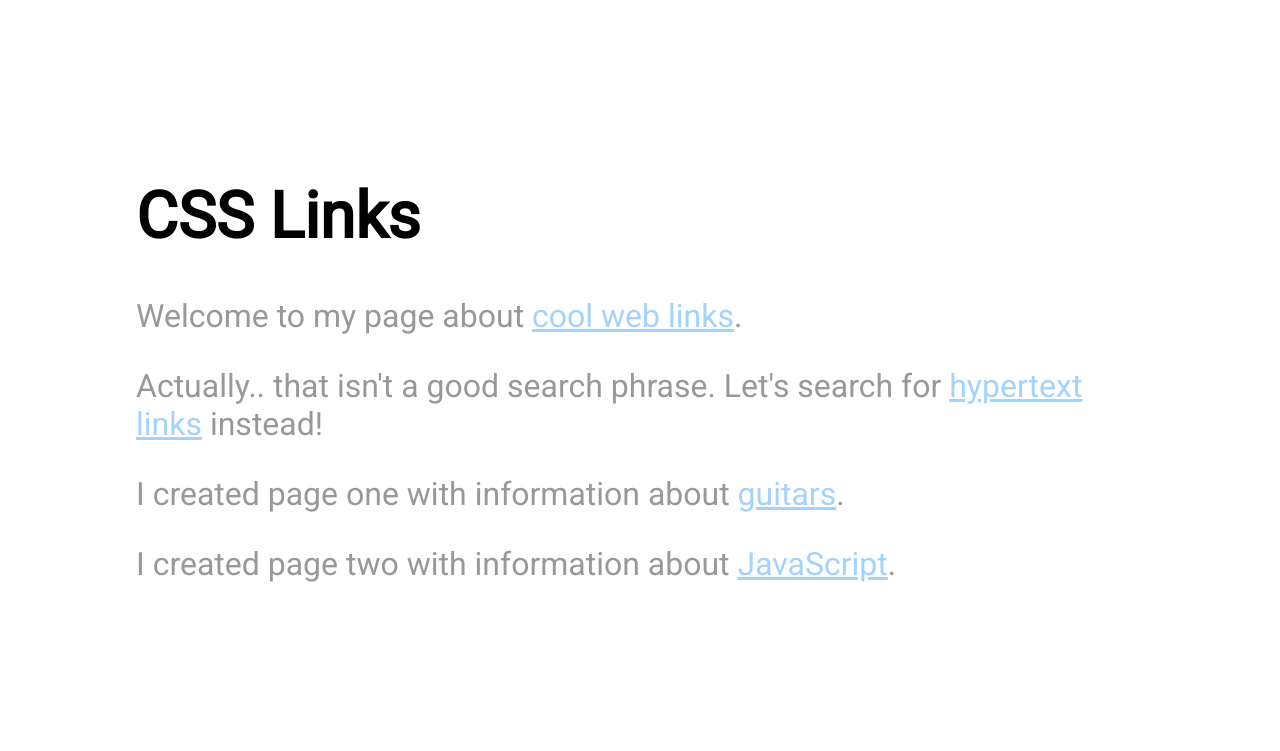
Repository: madhurik9999/Css
Page: index.html
These files come from the project's save history. The page is drawn as it stood at one moment and after the next save; the edit follows.
The browser window is 1280 px wide. The pictures show the whole page.

Above is the page before, as saved 2023-12-11 12:03:13.

After the next save:
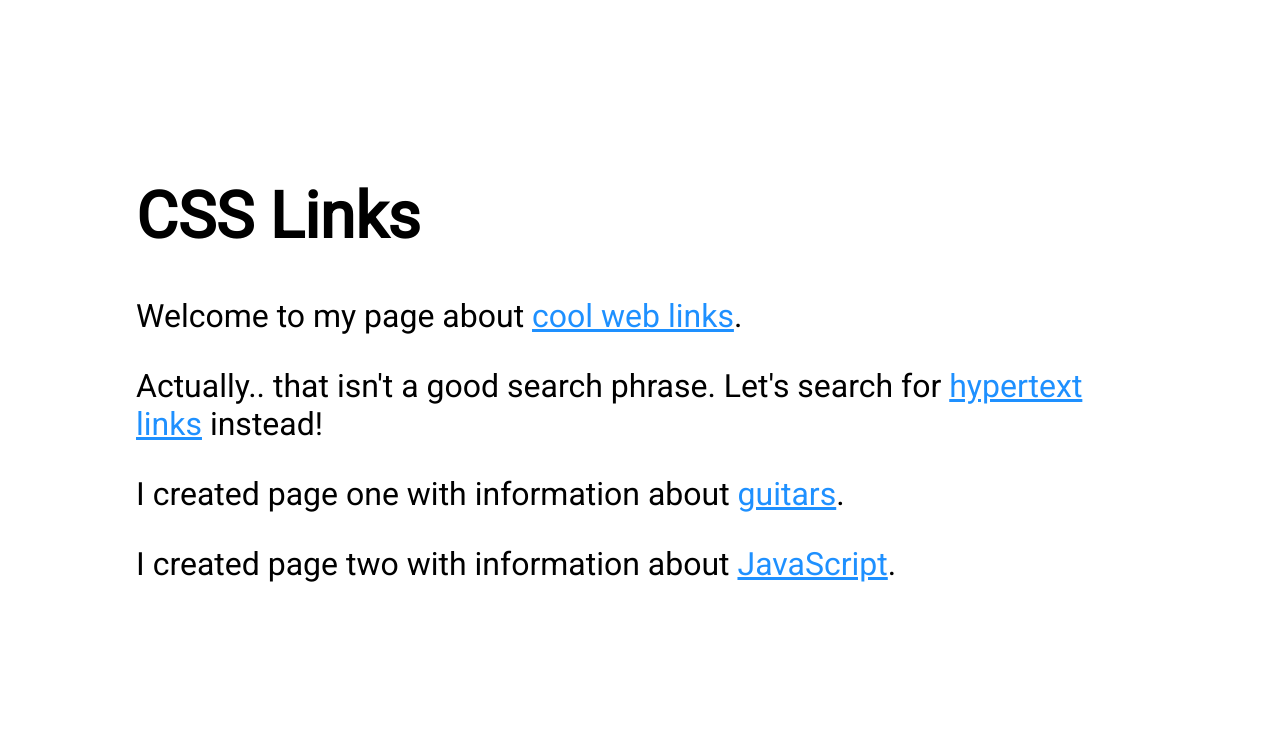
Saved 30 s later.
--- a/styles/style.css
+++ b/styles/style.css
@@ -10,9 +10,9 @@ body {
     font-family: 'Roboto', sans-serif;
 }
 
-main {
+/* main {
     opacity: 0.4;
-}
+} */
 
 a {
     color: dodgerblue;
